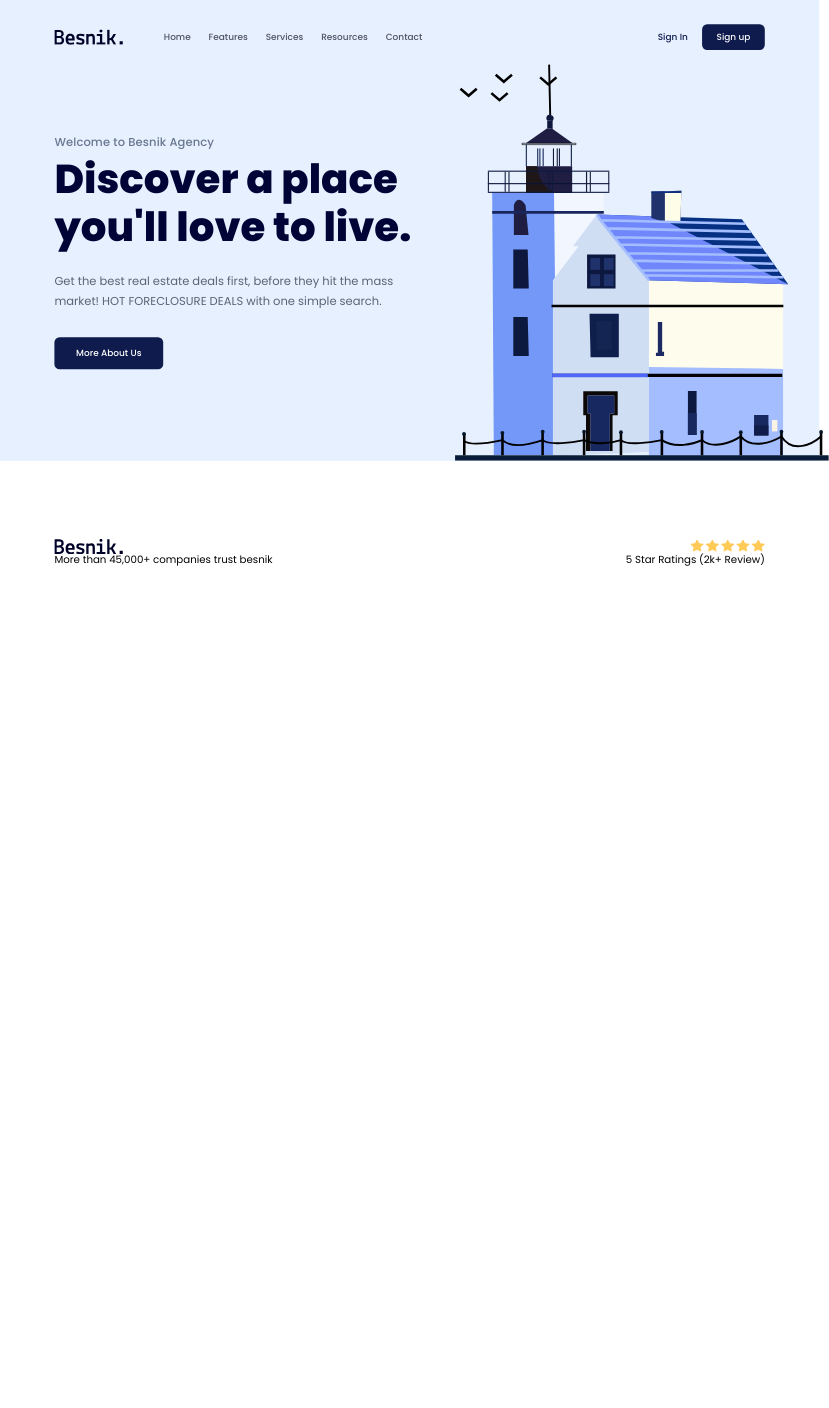
Repository: jessicapaa/F8-Project-01
Page: index.html
The author's editor kept a copy of each file at every save. The page is drawn from the files as they stood at one save, then again after the next save.
The browser window is 1280 px wide. The page is 1295 px wide, so the pictures cover 1295 px, including what lies to the right of the window. The pictures show the whole page, at 64% of full size.

Above is the page before, as saved 2024-03-08 09:18:20.

After the next save:
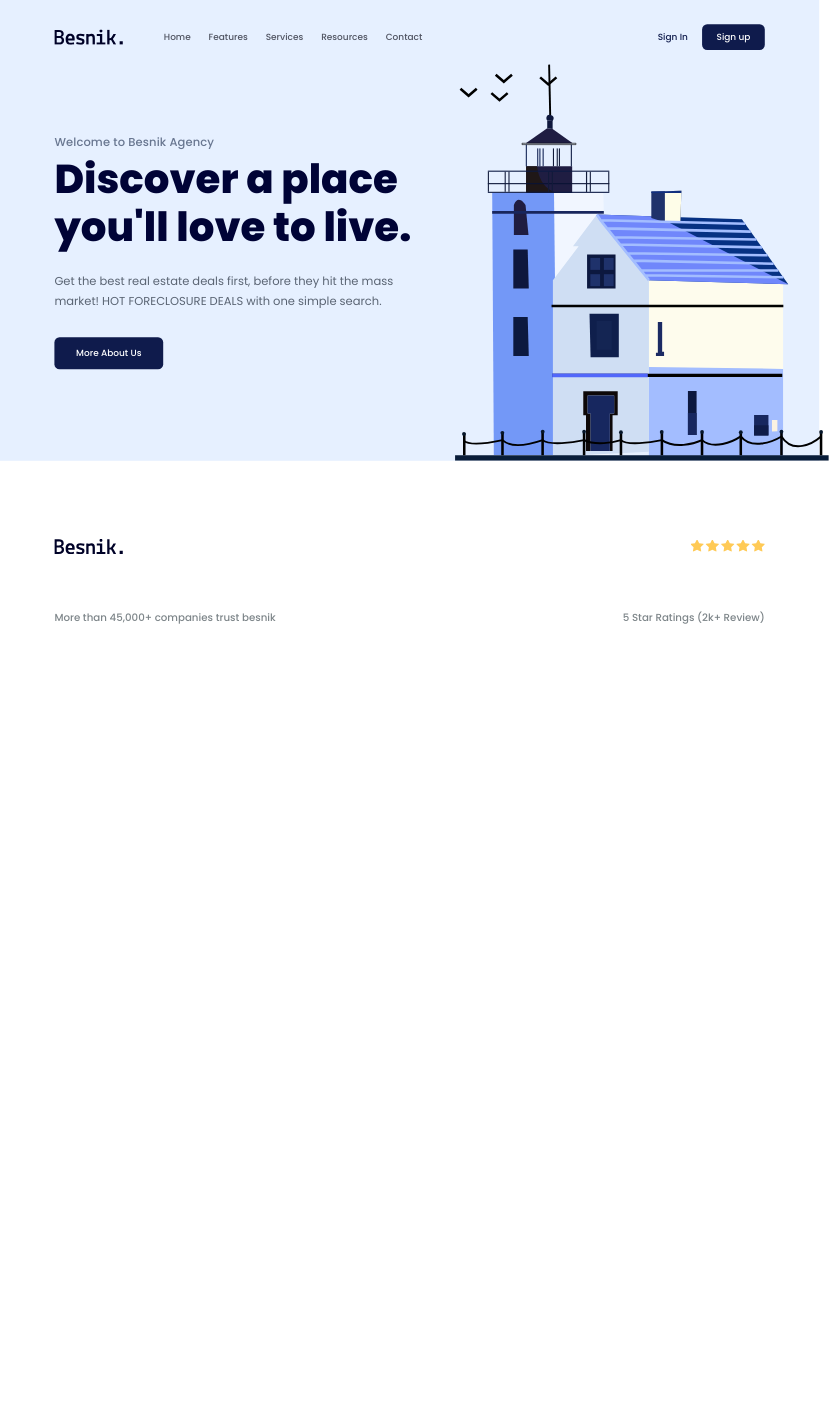
Saved 98 s later.
--- a/assets/css/styles.css
+++ b/assets/css/styles.css
@@ -133,3 +133,9 @@ a {
     align-items: center;
     justify-content: space-between;
 }
+.clients .desc {
+    font-weight: 500;
+    font-size: 1.6rem;
+    line-height: 12.5;
+    color: #7d8589;
+}
